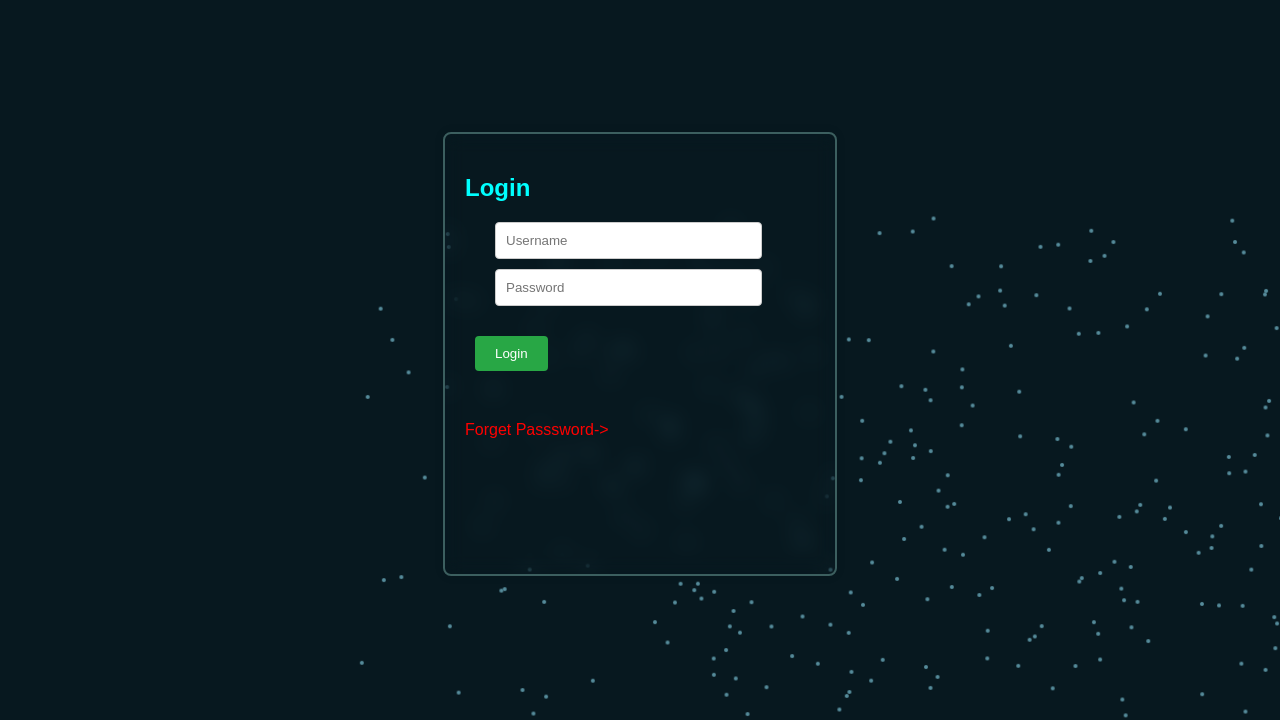
Repository: Anadi-Chauhan/Mentorship-binarybuddy
Page: login.html
The author's editor kept a copy of each file at every save. The page is drawn from the files as they stood at one save, then again after the next save.
The browser window is 1280 px wide. The pictures show the whole page.

Above is the page before, as saved 2024-10-19 10:26:51.

### login.html
<!DOCTYPE html>
<html lang="en">
<head>
    <meta charset="UTF-8">
    <meta name="viewport" content="width=device-width, initial-scale=1.0">
    <title>Login Example</title>
    <link rel="stylesheet" href="stars.css">
    <link rel="stylesheet" href="login.css">
</head>
<body>
    <div id="stars"></div>
    <div class="container">
        <div id="login-form">
            <h2>Login</h2>
            <input type="text" id="username" placeholder="Username" required>
            <input type="password" id="password" placeholder="Password" required>
            <button onclick="login()">Login</button>
            <p id="login-error"></p>
        </div>

        <div id="welcome-section" style="display: none;">
            <h2>Welcome, <span id="user-name"></span>!</h2>
            <button onclick="logout()">Logout</button>
        </div>
        <div>
           <a href=""><p>Forget Passsword-></p></a>
        </div>
    </div>

    <script src="stars.js" ></script>
    <script src="login.js"></script>
</body>
</html>

### stars.css
#stars {
    position: sticky;
    top: 0;
    left: 0;
    width: 100%;
    height: 100%;
}

.star {
    position: fixed;
    background: rgb(86, 140, 155);
    width: 4px;
    height: 4px;
    border-radius: 50%;
    animation: moveStar linear infinite;
}
@keyframes moveStar {
    0% {
        transform: translate(0, 0);
    }
    100% {
        transform: translate(calc(100vw * 0.5), calc(100vh * 0.5));
    }
}

### login.css
body {
    font-family: Arial, sans-serif;
    display: grid;
    justify-content: center;
    align-items: center;
    background-color: #f0f0f0;
    margin: 0;
    border: 2px solid color(srgb 0.0264 0.0958 0.1204);
    background-color: color(srgb 0.0264 0.0958 0.1204);
}
h2{
    color: aqua;
}
p{
    color: red;
}
a{
    text-decoration: none;
    margin-top: 10px;
    margin-left: 30px;
}


.container {
    -webkit-backdrop-filter: blur(2px);
    backdrop-filter: blur(10px);
    border: 2px solid rgb(60, 95, 95);
    margin-top: 130px;
    z-index: 10;
    width: 350px;
    height: 400px;
    padding: 20px;
    border-radius: 8px;
    box-shadow: 0 0 10px rgba(0, 0, 0, 0.1);
}

input {
    display: block;
    margin: 10px 0;
    padding: 10px;
    width: 70%;
    margin-top: 10px;
    margin-left: 30px;
    border: 1px solid #ccc;
    border-radius: 4px;
}

button {
    padding: 10px 20px;
    background-color: #28a745;
    margin-top: 20px;
    margin-left: 10px;
    color: white;
    border: none;
    border-radius: 4px;
    cursor: pointer;
}

button:hover {
    background-color: #218838;
}

#error {
    color: red;
}

### stars.js
// Number of stars to create
const numStars = 600;
// Generate stars
for (let i = 0; i < numStars; i++) {
    const star = document.createElement('div');
    star.className = 'star';
    star.style.top = `${Math.random() * 100}%`;
    star.style.left = `${Math.random() * 100}%`;
    star.style.animationDuration = `${Math.random() * 5 + 5}s`; // Randomize animation duration
    star.style.animationDelay = `${Math.random() * 0}s`; // Randomize animation delay
    document.getElementById('stars').appendChild(star);
}

### login.js
// Script to handle login and logout
function login() {
    const username = document.getElementById("username").value;
    const password = document.getElementById("password").value;

    if (username === "admin" && password === "1234") {
        document.getElementById("login-form").style.display = "none";
        document.getElementById("welcome-section").style.display = "block";
        document.getElementById("user-name").textContent = username;
        document.getElementById("login-error").textContent = "";
        window.location.href = "./index.html";
    } else {
        document.getElementById("login-error").textContent = "Invalid credentials!";
    }
}

function logout() {
    document.getElementById("login-form").style.display = "block";
    document.getElementById("welcome-section").style.display = "none";
    document.getElementById("username").value = "";
    document.getElementById("password").value = "";
}

After the next save:
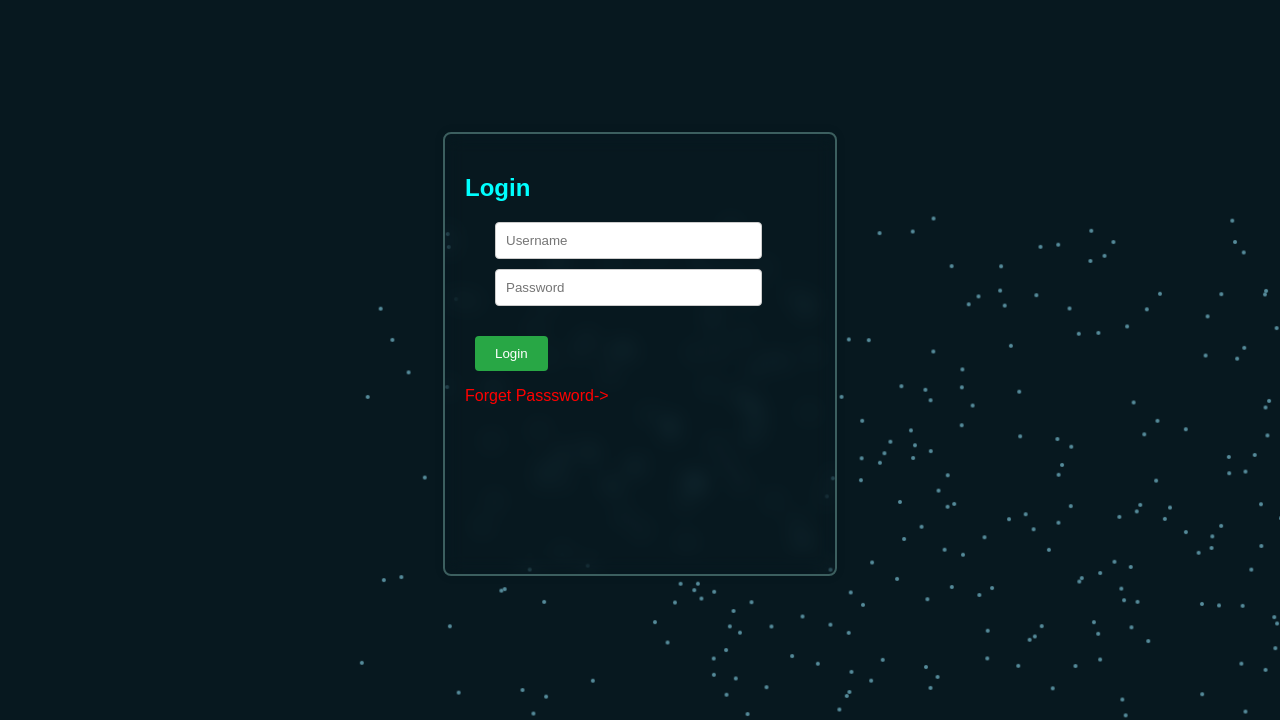
Saved 18 s later.
--- a/login.css
+++ b/login.css
@@ -13,11 +13,13 @@ h2{
 }
 p{
     color: red;
+    margin-top: 10px;
+    margin-left: 0px;
 }
 a{
     text-decoration: none;
     margin-top: 10px;
-    margin-left: 30px;
+    margin-left: 0px;
 }
 
 
